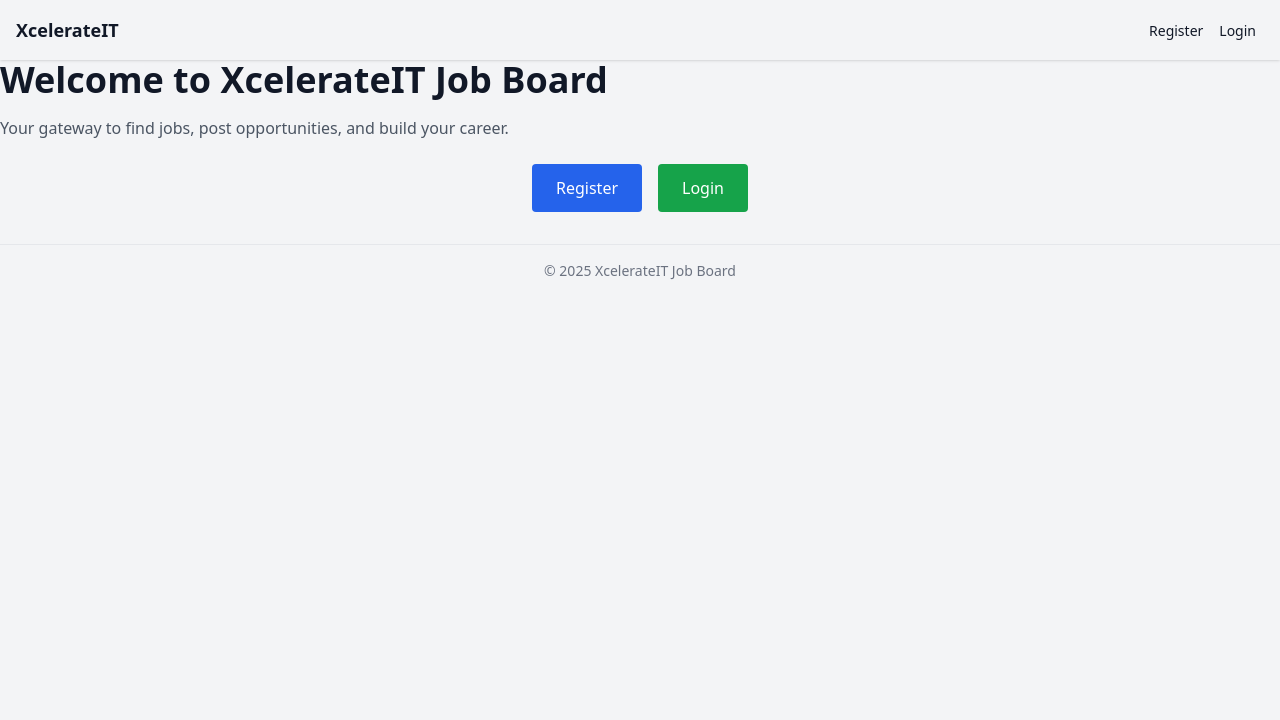
Repository: mujahid341/Job-board-application-frontend
Page: /
The author's editor kept a copy of each file at every save. The page is drawn from the files as they stood at one save, then again after the next save.
The browser window is 1280 px wide. The pictures show the whole page.
The project was rebuilt for these pictures with package versions that can differ from the ones it lists, and the page was loaded fresh each time. Also part of the build but not shown: vite.config.js, src/components/NotFound/NotFound.css, src/components/NotFound/NotFound.jsx, src/pages/RegisterPage/RegisterPage.css, src/pages/RegisterPage/RegisterPage.jsx, src/pages/LoginPage/LoginPage.css, src/services/temp_api.js, src/pages/LoginPage/LoginPage.jsx and 13 more.

Above is the page before, as saved 2025-05-26 00:25:01.

After the next save:
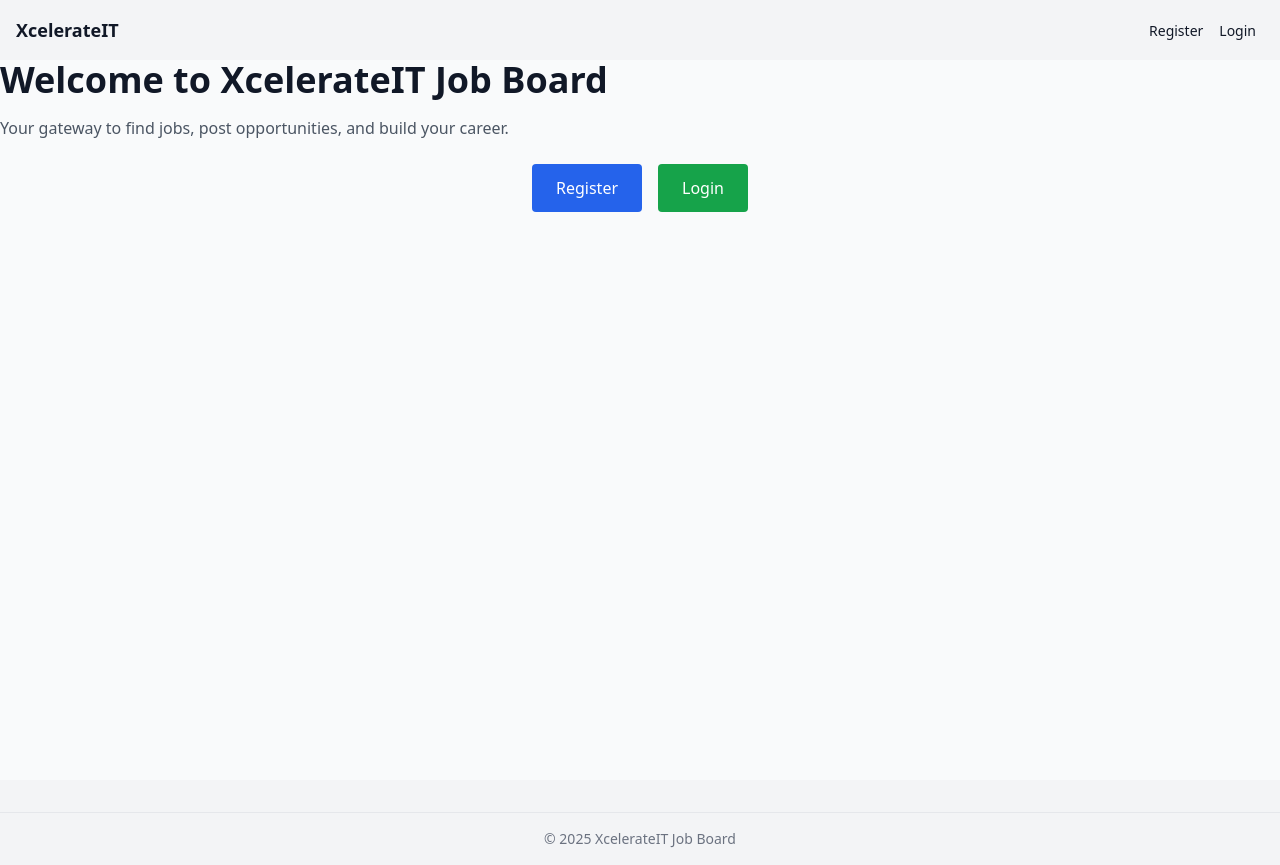
Saved 70 s later.
--- a/src/App.jsx
+++ b/src/App.jsx
@@ -1,3 +1,4 @@
+// ✅ Updated App.jsx with Home Page and full routes
 import { Routes, Route } from 'react-router-dom';
 import Navbar from './components/Navbar/Navbar';
 import Footer from './components/Footer/Footer';
@@ -24,27 +25,29 @@ function App() {
   return (
     <>
       <Navbar />
-      <Routes>
-        {/* Home Route */}
-        <Route path="/" element={<HomePage />} />
+      <main className="min-h-screen bg-gray-50">
+        <Routes>
+          {/* Home Route */}
+          <Route path="/" element={<HomePage />} />
 
-        {/* Auth Routes */}
-        <Route path="/register" element={<RegisterPage />} />
-        <Route path="/login" element={<LoginPage />} />
+          {/* Auth Routes */}
+          <Route path="/register" element={<RegisterPage />} />
+          <Route path="/login" element={<LoginPage />} />
 
-        {/* Employer Routes */}
-        <Route path="/employer/dashboard" element={<EmployerDashboard />} />
-        <Route path="/employer/jobs/create" element={<EmployerJobCreate />} />
-        <Route path="/employer/jobs/edit/:id" element={<EmployerJobEdit />} />
-        <Route path="/employer/jobs" element={<EmployerJobList />} />
+          {/* Employer Routes */}
+          <Route path="/employer/dashboard" element={<EmployerDashboard />} />
+          <Route path="/employer/jobs/create" element={<EmployerJobCreate />} />
+          <Route path="/employer/jobs/edit/:id" element={<EmployerJobEdit />} />
+          <Route path="/employer/jobs" element={<EmployerJobList />} />
 
-        {/* Job Seeker Routes */}
-        <Route path="/jobs" element={<JobSearchPage />} />
-        <Route path="/jobs/:id" element={<JobDetailPage />} />
+          {/* Job Seeker Routes */}
+          <Route path="/jobs" element={<JobSearchPage />} />
+          <Route path="/jobs/:id" element={<JobDetailPage />} />
 
-        {/* 404 Route */}
-        <Route path="*" element={<NotFound />} />
-      </Routes>
+          {/* 404 Route */}
+          <Route path="*" element={<NotFound />} />
+        </Routes>
+      </main>
       <Footer />
     </>
   );
